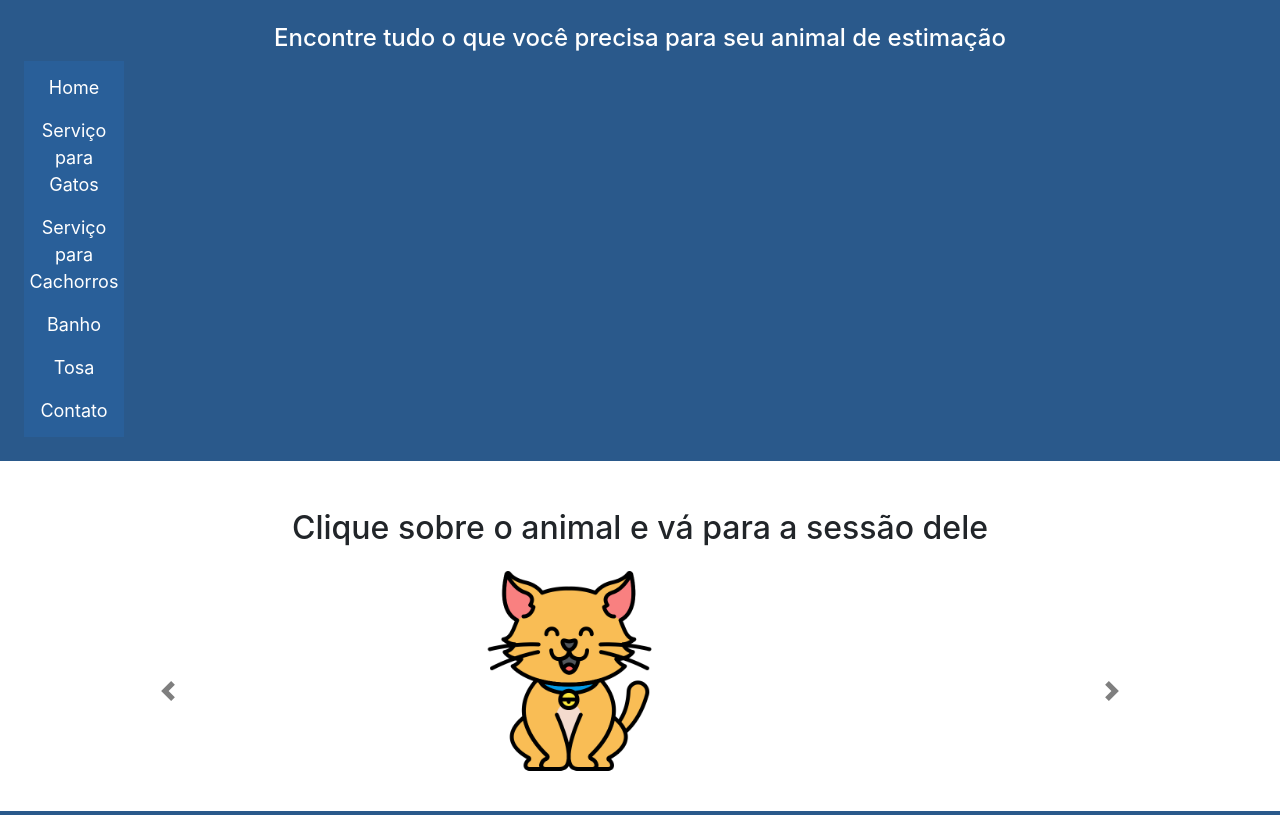
Repository: graeff01/petshop-project
Page: index.html
These files come from the project's save history. The page is drawn as it stood at one moment and after the next save; the edit follows.
The browser window is 1280 px wide. The pictures show the part of the page from y = 0 to 815 px (the page is 1995 px tall before and 2119 px after).
A picture or video elsewhere on the page could not be fetched, so the positions and the page height are approximate.

Above is the page before, as saved 2024-09-18 11:29:07.

### index.html
<!DOCTYPE html>
<html lang="pt-br">
<head>
    <meta charset="UTF-8">
    <meta name="viewport" content="width=device-width, initial-scale=1.0">
    <title>PetShop - Home</title>
    <link rel="stylesheet" href="css/style.css">
    <link href="https://maxcdn.bootstrapcdn.com/bootstrap/4.5.2/css/bootstrap.min.css" rel="stylesheet">
</head>
<body>
    <!-- Cabeçalho com menu de navegação -->
    <header class="blue-background text-center p-4">
        <h1>Encontre tudo o que você precisa para seu animal de estimação</h1>
        <nav>
            <ul class="nav justify-content-center">
                <li class="nav-item">
                    <a class="nav-link active" href="index.html">Home</a>
                </li>
                <li class="nav-item">
                    <a class="nav-link" href="gato.html">Serviço para Gatos</a>
                </li>
                <li class="nav-item">
                    <a class="nav-link" href="dog.html">Serviço para Cachorros</a>
                </li>
                <li class="nav-item">
                    <a class="nav-link" href="banho.html">Banho</a>
                </li>
                <li class="nav-item">
                    <a class="nav-link" href="tosa.html">Tosa</a>
                </li>
                <li class="nav-item">
                    <a class="nav-link" href="contato.html">Contato</a>
                </li>
            </ul>
        </nav>
    </header>


<!-- Seção com título explicativo -->
<section class="carousel-section container mt-5">
    <h2 class="text-center mb-4">Clique sobre o animal e vá para a sessão dele</h2> <!-- Título centralizado -->

    <!-- Carrossel de Imagens -->
    <div id="carouselExampleIndicators" class="carousel slide" data-ride="carousel">
        <div class="carousel-inner">
            <div class="carousel-item active">
                <a href="gato.html">
                    <img class="d-block w-100" src="img/cat.png" alt="Primeira imagem">
                </a>
            </div>
            <div class="carousel-item">
                <a href="dog.html">
                    <img class="d-block w-100" src="img/dog.png" alt="Segunda imagem">
                </a>
            </div>
        </div>
        <a class="carousel-control-prev" href="#carouselExampleIndicators" role="button" data-slide="prev">
            <span class="carousel-control-prev-icon" aria-hidden="true"></span>
            <span class="sr-only">Previous</span>
        </a>
        <a class="carousel-control-next" href="#carouselExampleIndicators" role="button" data-slide="next">
            <span class="carousel-control-next-icon" aria-hidden="true"></span>
            <span class="sr-only">Next</span>
        </a>
    </div>
</section>


    <!-- Seção de Fidelidade -->
    <section class="membership text-center p-4">
        <div class="membership-content d-flex align-items-center justify-content-center">
            <div class="membership-text text-center">
                <h3>Torne-se um membro<br>E obtenha desconto</h3>
                <a href="cliente.html" class="btn btn-dark">Virar Membro</a>
            </div>
            <div class="membership-image">
                <img src="img/fidelidade.jpg" alt="Gift" class="img-fluid">
            </div>
        </div>
    </section>

    <!-- Conselhos -->
    <main class="container mt-5">
        <div class="advice-section d-flex justify-content-center align-items-center">
            <div class="advice-text text-center">
                <h2>Alguns bons conselhos para cuidar de seu animal de estimação</h2><br><br>
                <p><strong>Paciência e compreensão:</strong> entenda que os animais de estimação têm suas personalidades. Seja paciente, especialmente durante o treinamento.</p> <br>
                <p><strong>Eduque-se:</strong> Aprenda sobre a raça, os comportamentos e os requisitos de saúde específicos de seu animal de estimação.</p><br>
                <p><strong>Preparação para emergências:</strong> Familiarize-se com a localização da clínica veterinária de emergência mais próxima.</p><br>
                <p><strong>Reforço positivo:</strong> Aprenda técnicas de reforço positivo.</p>
            </div>
            <div class="advice-image text-center">
                <img src="img/dogg.png" alt="Dog Advice" class="img-fluid">
            </div>
        </div>
    </main>

    <!-- Rodapé com informações de contato -->
    <footer class="footer mt-5 p-4 bg-light text-center">
        <div class="footer-container">
            <div class="footer-left">
                <img src="img/logo.png" alt="PetShop Logo" class="footer-logo">
            </div>
            <div class="footer-center">
                <ul class="footer-links">
                    <li><a href="index.html">Home</a></li>
                    <li><a href="gato.html">Gato</a></li>
                    <li><a href="dog.html">Cachorro</a></li>
                    <li><a href="banho.html">Banho</a></li>
                    <li><a href="tosa.html">Tosa</a></li>
                    <li><a href="contato.html">Contato</a></li>
                </ul>
            </div>
            <div class="footer-right">
                <p>Contato: (11) 1234-5678 | contato@petshop.com</p>
                <p>Autor: Douglas - Projeto Web</p>
                <div class="social-icons">
                    <a href="#"><img src="img/face.png" alt="Facebook"></a>
                    <a href="#"><img src="img/insta.png" alt="Instagram"></a>
                    <a href="#"><img src="img/x.png" alt="Twitter"></a>
                </div>
            </div>
        </div>
    </footer>

    <script src="https://code.jquery.com/jquery-3.5.1.slim.min.js"></script>
    <script src="https://cdn.jsdelivr.net/npm/@popperjs/core@2.9.2/dist/umd/popper.min.js"></script>
    <script src="https://maxcdn.bootstrapcdn.com/bootstrap/4.5.2/js/bootstrap.min.js"></script>
</body>
</html>

### css/style.css
/* Estilos globais */
body {
    font-family: Arial, sans-serif;
    margin: 0;
    padding: 0;
}

/* Cabeçalho */
header.blue-background {
    background-color: #2a598b;
    color: white;
    padding: 20px 0;
    text-align: center;
    width: 100%;
    box-sizing: border-box;
}

header.blue-background h1 {
    font-size: 24px;
}

nav ul {
    padding: 0;
    margin: 0;
    list-style-type: none;
    display: flex;
    width: 100px;
    background-color: #2a619cce;
    padding: 5px 0;
}

nav ul li {
    margin: 0 15px;
}

nav ul li a {
    color: rgb(255, 255, 255);
    text-decoration: none;
    font-size: 18px;
    transition: color 0.3s ease;
}

nav ul li a:hover {
    color: #ffd700;
}

/* Barra de busca */
.search-bar {
    padding: 10px;
    font-size: 16px;
    width: 50%;
    margin: 20px auto;
    border-radius: 20px;
    border: 2px solid #ffffff;
    transition: all 0.3s ease;
}

.search-bar:focus {
    border-color: #e61212;
    outline: none;
}

/* Carrossel */
.carousel-item img {
    max-height: 300px;
    max-width: 200px;
    margin-left: 450px;
    object-fit: cover;
    margin-bottom: 40px;
}

/* Alterar a cor usando filter */
.carousel-control-prev-icon,
.carousel-control-next-icon {
    filter: invert(100%) sepia(100%) saturate(0%) hue-rotate(0deg) brightness(100%) contrast(100%);
    /* Modifique `invert` e outros valores para ajustar a cor */
}

/* Seção de Membros */
section.membership {
    background-color: #2a598b;
    padding: 60px 0;
    text-align: center;
    width: 100%;
    box-sizing: border-box;
}

.membership-content {
    background-color: #fff;
    border: 1px solid #000000ee;
    border-radius: 20px;
    padding: 20px;
    display: flex;
    align-items: center;
    text-align: left;
    max-width: 900px;
    margin: auto;
}

.membership-text {
    margin-right: 20px;
    text-align: center;
}

.membership-text h3 {
    font-size: 35px;
    margin-bottom: 10px;
}

.membership-image {
    flex: 1;
    text-align: center;
}

.membership-image img {
    max-width: 500px;
    height: auto;
    border-radius: 20px;
}

/* Seção de conselhos */
.advice-section {
    display: flex;
    justify-content: space-between;
    align-items: center;
    padding: 20px 0;
}

.advice-text {
    flex: 1;
    margin-left: 80px;
}

.advice-text h2 {
    color: #2a598b;
}

.advice-text p {
    font-size: 15px;
    margin-right: 10px;
    margin-bottom: 10px;
}

.advice-image {
    flex: 1;
    margin-left: 20px;
}

.advice-image img {
    max-width: 100%;
    height: 500px;
    border-radius: 20px;
}

/* Rodapé */
.footer {
    background-color: #d5d7d8;
    padding: 20px 0;
    color: white;
    text-align: center;
    width: 100%;
}

.footer-container {
    display: flex;
    justify-content: space-between;
    align-items: center;
    max-width: 1200px;
    margin: 0 auto;
    padding: 0 20px;
    box-sizing: border-box;
}

.footer-left img {
    width: 100px;
}

.footer-center {
    flex: 1;
}

.footer-links {
    list-style-type: none;
    padding: 0;
    margin: 0;
    display: flex;
    justify-content: center;
}

.footer-links li {
    margin: 0 10px;
}

.footer-links a {
    color: rgb(35, 111, 197);
    text-decoration: none;
    font-size: 16px;
}

.footer-links a:hover {
    text-decoration: underline;
}

.footer-right .social-icons {
    display: flex;
    justify-content: center;
}

.footer-right .social-icons a {
    margin: 0 10px;
}

.footer-right .social-icons img {
    width: 30px;
    height: 30px;
}

After the next save:
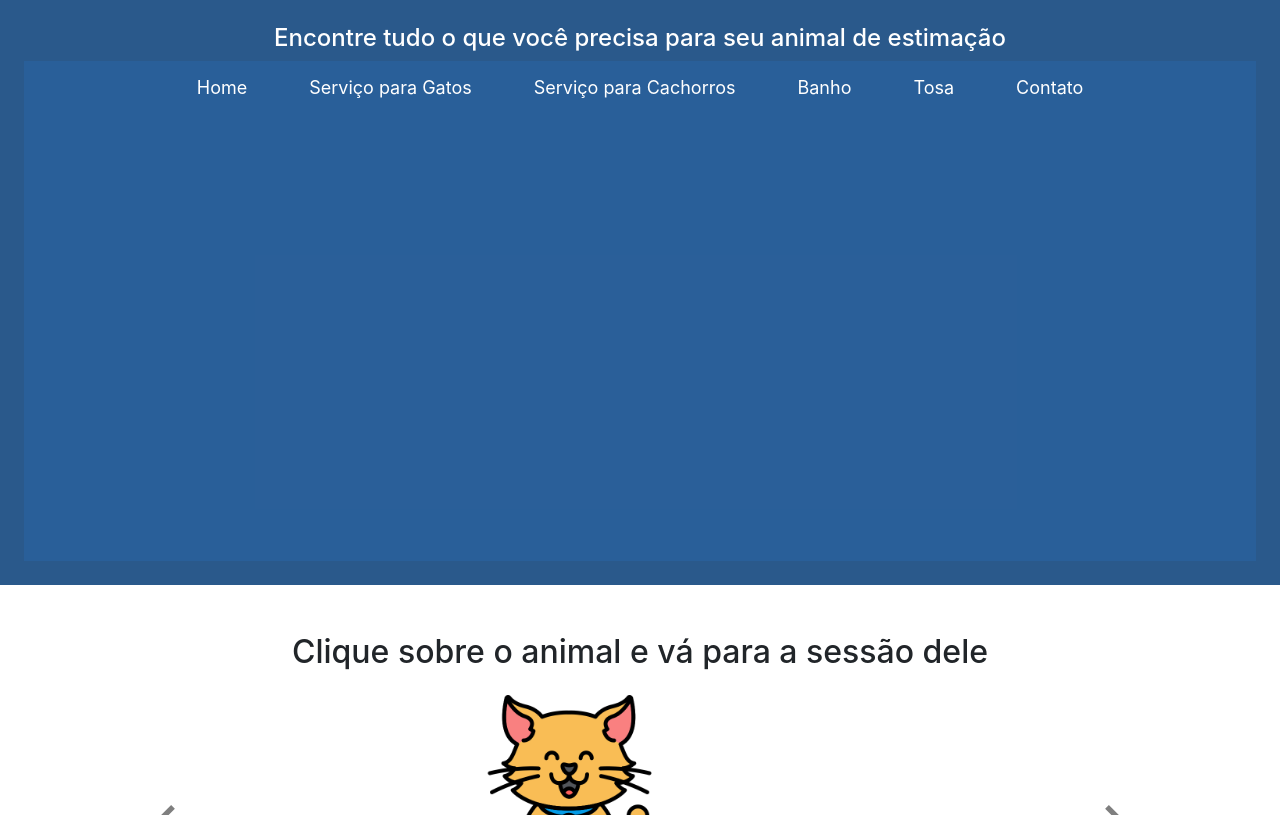
Saved 12 s later.
--- a/css/style.css
+++ b/css/style.css
@@ -24,7 +24,7 @@ nav ul {
     margin: 0;
     list-style-type: none;
     display: flex;
-    width: 100px;
+    height: 500px;
     background-color: #2a619cce;
     padding: 5px 0;
 }
